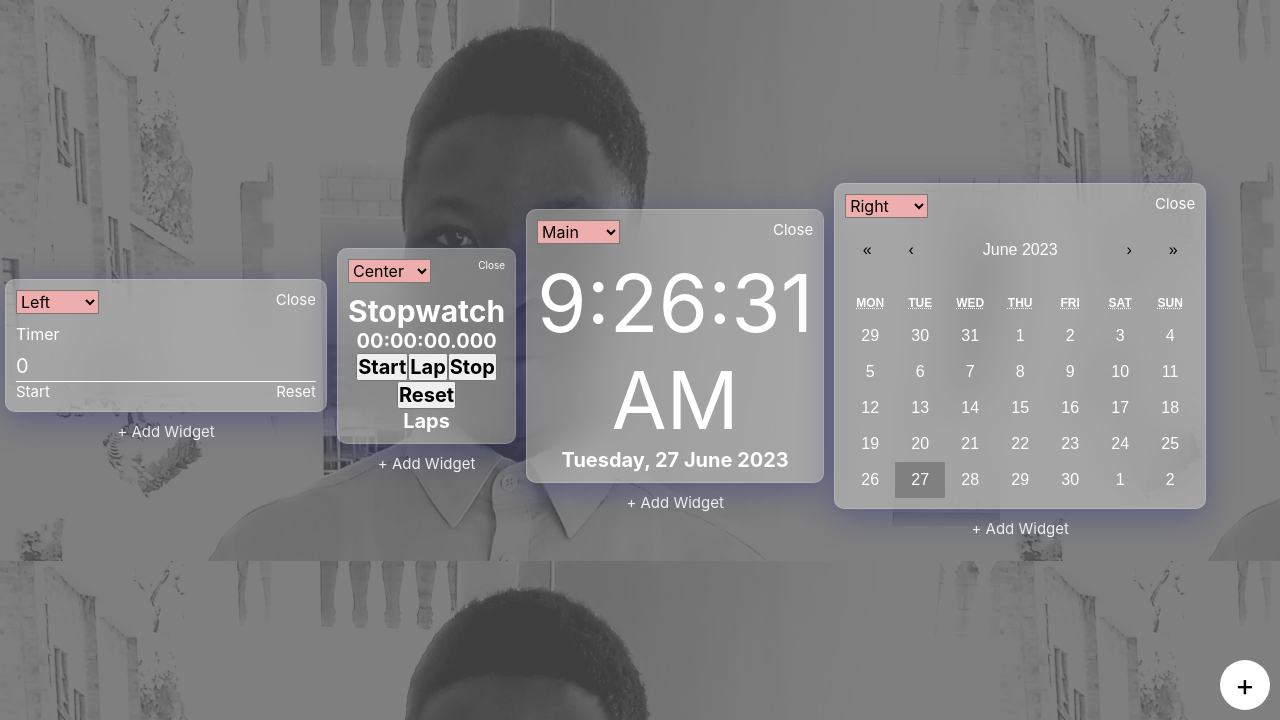
Repository: Angera-Silas/Planner-app
Page: /
An editor plug-in stored every save of this project. The page is shown before and after the next save, followed by the edit.
The browser window is 1280 px wide. The pictures show the whole page.
The project was rebuilt for these pictures with package versions that can differ from the ones it lists, and the page was loaded fresh each time. Also part of the build but not shown: src/widgets/ReminderListWidget.js, src/modals/WidgetGalleryModal.js.

Above is the page before, as saved 2023-06-27 18:46:51.

After the next save:
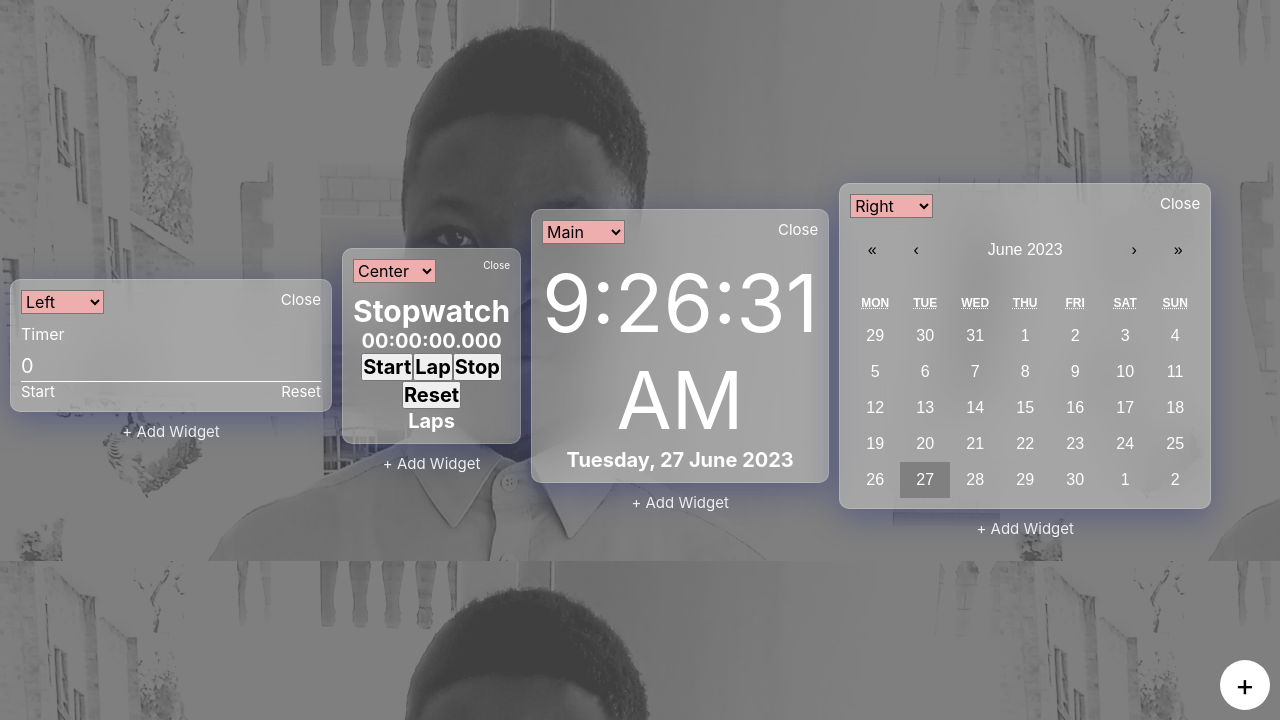
Saved 4 s later.
--- a/src/App.css
+++ b/src/App.css
@@ -15,7 +15,7 @@
   justify-content: space-between;
   gap: 10px;
   width: 100vh;
-  padding: 5px;
+  padding: 10px;
   max-height: 100vh;
   height: 100%;
 
